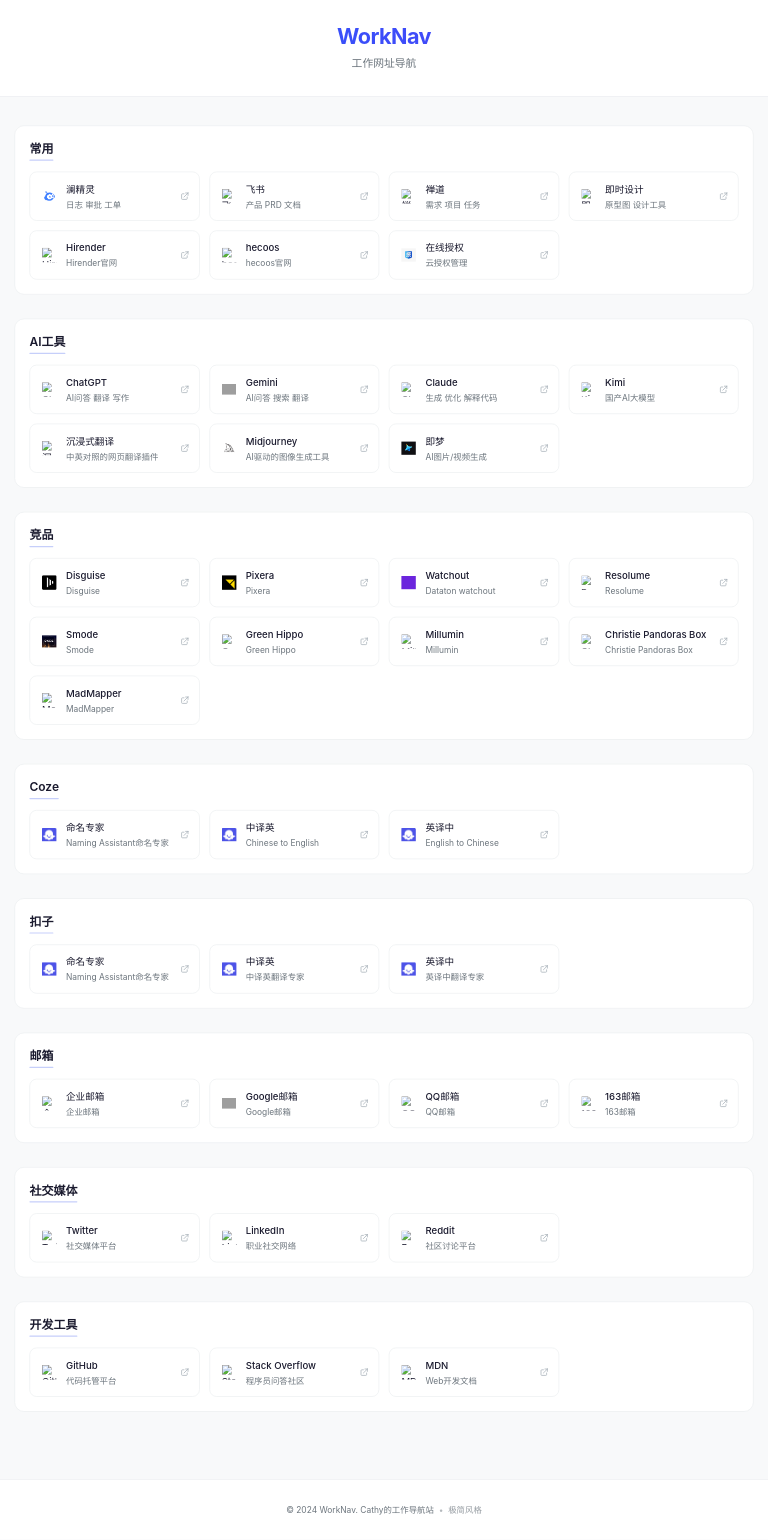
Repository: SweetPomelo0/WorkNav
Page: /
These files come from the project's save history. The page is drawn as it stood at one moment and after the next save; the edit follows.
The browser window is 1280 px wide. The pictures show the whole page, at 60% of full size.
Pictures or frames that could not be fetched are drawn as grey boxes. The project was rebuilt for these pictures with package versions that can differ from the ones it lists, and the page was loaded fresh each time. The framework's server and built-in components were replaced by stand-ins that run in the browser. Also part of the build but not shown: next.config.ts.

Above is the page before, as saved 2025-07-26 19:35:38.

### src/app/layout.tsx
import type { Metadata } from "next";
import { Geist, Geist_Mono } from "next/font/google";
import "./globals.css";

const geistSans = Geist({
  variable: "--font-geist-sans",
  subsets: ["latin"],
});

const geistMono = Geist_Mono({
  variable: "--font-geist-mono",
  subsets: ["latin"],
});

export const metadata: Metadata = {
  title: "WorkNav - 工作网址导航",
  description: "一个简洁的工作网址导航页面",
};

export default function RootLayout({
  children,
}: Readonly<{
  children: React.ReactNode;
}>) {
  return (
    <html lang="en">
      <body
        className={`${geistSans.variable} ${geistMono.variable} antialiased`}
      >
        {children}
      </body>
    </html>
  );
}

### src/app/page.tsx
export default function Home() {
  // 定义导航分类和链接
  const categories = [
    {
      title: "常用",
      links: [
        { name: "澜精灵", url: "https://www.lanerp.com/Admin/index/index.html", desc: "日志 审批 工单", icon: "/img/lanjingling.png" },
        { name: "飞书", url: "https://enlightv.feishu.cn/wiki/D6Z1wOai9iVI4bkVlumcJprDn2e?fromScene=spaceOverview", desc: "产品 PRD 文档", icon: "https://feishu.cn/favicon.ico" },
        { name: "禅道", url: "https://enlightv.zentaopm.com/my/", desc: "需求 项目 任务", icon: "https://enlightv.zentaopm.com/favicon.ico" },
        { name: "即时设计", url: "https://js.design/recent", desc: "原型图 设计工具", icon: "https://img.js.design/assets/webImg/favicon.ico" },
        { name: "Hirender", url: "https://www.hirender.com/#/home", desc: "Hirender官网", icon: "https://www.hirender.com/favicon.ico" },
        { name: "hecoos", url: "https://www.hecoos.com/web/#/home", desc: "hecoos官网", icon: "https://www.hecoos.com/favicon.ico" },
        { name: "在线授权", url: "https://license.enlightv.com/web/", desc: "云授权管理", icon: "data:[embedded picture, 6295 characters]" },
      ]
    },
    {
      title: "AI工具",
      links: [
        { name: "ChatGPT", url: "https://chatgpt.com/", desc: "AI问答 翻译 写作", icon: "https://cdn.oaistatic.com/assets/favicon-180x180-od45eci6.webp" },
        { name: "Gemini", url: "https://gemini.google.com/app", desc: "AI问答 搜索 翻译", icon: "https://www.gstatic.com/lamda/images/gemini_sparkle_4g_512_lt_f94943af3be039176192d.png" },
        { name: "Claude", url: "https://claude.ai/", desc: "生成 优化 解释代码", icon: "https://claude.ai/favicon.ico" },
        { name: "Kimi", url: "https://www.kimi.com/", desc: "国产AI大模型", icon: "https://www.kimi.com/favicon.ico" },
        { name: "沉浸式翻译", url: "https://immersivetranslate.com/zh-Hans/?utm_source=ai-bot.cn", desc: "中英对照的网页翻译插件", icon: "https://immersivetranslate.com/favicon.ico" },
        { name: "Midjourney", url: "https://www.midjourney.com/explore?tab=video_top", desc: "AI驱动的图像生成工具", icon: "/img/mj.png" },
        { name: "即梦", url: "https://jimeng.jianying.com/ai-tool/home", desc: "AI图片/视频生成", icon: "/img/jimeng.png" }

      ]
    },
    {
      title: "竞品",
      links: [
        { name: "Disguise", url: "https://www.disguise.one/en", desc: "Disguise", icon: "/img/disguise.png" },
        { name: "Pixera", url: "https://pixera.one/zh/software/overview/", desc: "Pixera", icon: "/img/pixera.png" },
        { name: "Watchout", url: "https://www.dataton.com/", desc: "Dataton watchout", icon: "/img/watchout.png" },
        { name: "Resolume", url: "https://resolume.com/", desc: "Resolume", icon: "https://resolume.com/images/favicons/apple-touch-icon.png" },
        { name: "Smode", url: "https://www.smode.io/en/", desc: "Smode", icon: "/img/smode.png" },
        { name: "Green Hippo", url: "https://www.green-hippo.com/", desc: "Green Hippo", icon: "https://www.green-hippo.com/wp-content/themes/greenhippo/assets/icons/favicon.ico" },
        { name: "Millumin", url: "https://millumin.com/v5/index.php", desc: "Millumin", icon: "https://www.millumin.com/favicon/apple-icon-180x180.png" },
        { name: "Christie Pandoras Box", url: "https://www.christiedigital.com/products/christie-pandoras-box/", desc: "Christie Pandoras Box", icon: "https://www.christiedigital.com/apple-touch-icon.png" },
        { name: "MadMapper", url: "https://madmapper.com/madmapper/software", desc: "MadMapper", icon: "https://madmapper.com/images/favicon/apple-touch-icon.png" }

      ]
    },
    {
      title: "Coze",
      links: [
        { name: "命名专家", url: "https://www.coze.com/store/agent/7530562770308956161?bot_id=true", desc: "Naming Assistant命名专家", icon: "/img/coze.png" },
        { name: "中译英", url: "https://www.coze.com/store/agent/7530572378075152440?bot_id=true", desc: "Chinese to English", icon: "/img/coze.png" },
        { name: "英译中", url: "https://www.coze.com/store/agent/7530572202144694273?bot_id=true", desc: "English to Chinese", icon: "/img/coze.png" }
      ]
    },
    {
      title: "扣子",
      links: [
        { name: "命名专家", url: "https://www.coze.cn/store/agent/7530571775823577130?bot_id=true", desc: "Naming Assistant命名专家", icon: "/img/coze.png" },
        { name: "中译英", url: "https://www.coze.cn/store/agent/7530581452909035572?bot_id=true", desc: "中译英翻译专家", icon: "/img/coze.png" },
        { name: "英译中", url: "https://www.coze.cn/store/agent/7530581958234193970?bot_id=true", desc: "英译中翻译专家", icon: "/img/coze.png" }
      ]
    },
    {
      title: "邮箱",
      links: [
        { name: "企业邮箱", url: "https://exmail.qq.com/cgi-bin/frame_html?sid=qPUC22bEtIEF7kUt,2&sign_type=&r=586a2a390ca023395a120877ca5870f0", desc: "企业邮箱", icon: "https://exmail.qq.com/favicon.ico" },
        { name: "Google邮箱", url: "https://mail.google.com/mail/u/0/#inbox", desc: "Google邮箱", icon: "https://ssl.gstatic.com/ui/v1/icons/mail/rfr/gmail.ico" },
        { name: "QQ邮箱", url: "https://mail.qq.com/", desc: "QQ邮箱", icon: "https://mail.qq.com/favicon.ico" },
        { name: "163邮箱", url: "https://mail.163.com/", desc: "163邮箱", icon: "https://mail.163.com/favicon.ico" }
      ]
    },
    {
      title: "社交媒体",
      links: [
        { name: "Twitter", url: "https://twitter.com", desc: "社交媒体平台", icon: "https://twitter.com/favicon.ico" },
        { name: "LinkedIn", url: "https://www.linkedin.com", desc: "职业社交网络", icon: "https://www.linkedin.com/favicon.ico" },
        { name: "Reddit", url: "https://www.reddit.com", desc: "社区讨论平台", icon: "https://www.reddit.com/favicon.ico" }
      ]
    },
    {
      title: "开发工具",
      links: [
        { name: "GitHub", url: "https://github.com", desc: "代码托管平台", icon: "https://github.com/favicon.ico" },
        { name: "Stack Overflow", url: "https://stackoverflow.com", desc: "程序员问答社区", icon: "https://stackoverflow.com/favicon.ico" },
        { name: "MDN", url: "https://developer.mozilla.org", desc: "Web开发文档", icon: "https://developer.mozilla.org/favicon.ico" },
      ]
    }

  ];

  return (
    <div className="min-h-screen" style={{ background: 'var(--background)', color: 'var(--text-primary)' }}>
      {/* Header */}
      <header style={{ background: 'var(--header-bg)', borderBottom: '1px solid var(--card-border)' }}>
        <div className="max-w-7xl mx-auto px-6 py-10">
          <div className="text-center">
            <h1 className="text-4xl font-bold mb-3 tracking-tight bg-clip-text text-transparent bg-gradient-to-r from-blue-600 to-indigo-600 dark:from-blue-400 dark:to-indigo-400">WorkNav</h1>
            <p className="text-lg" style={{ color: 'var(--text-secondary)' }}>工作网址导航</p>
          </div>
        </div>
      </header>

      {/* Main Content */}
       <main className="max-w-7xl mx-auto px-6 py-12">
         <div className="space-y-10">
           {categories.map((category, index) => (
             <div
               key={index}
               style={{
                 background: 'var(--card-bg)',
                 borderColor: 'var(--card-border)'
               }}
               className="rounded-2xl border p-6 transition-all duration-300 hover:shadow-lg"
             >
               <h2
                 className="text-xl font-semibold mb-6 relative inline-block"
                 style={{ color: 'var(--text-primary)' }}
               >
                 <span className="relative z-10">{category.title}</span>
                 <span
                  className="absolute bottom-0 left-0 w-full h-0.5 rounded-full opacity-30"
                  style={{ background: 'var(--accent)', transform: 'translateY(6px)' }}
                ></span>
               </h2>
               <div className="grid grid-cols-1 sm:grid-cols-2 lg:grid-cols-3 xl:grid-cols-4 gap-4">
                 {category.links.map((link, linkIndex) => (
                   <a
                     key={linkIndex}
                     href={link.url}
                     target="_blank"
                     rel="noopener noreferrer"
                     style={{
                       borderColor: 'var(--card-border)',
                       background: 'var(--card-bg)'
                     }}
                     className="block p-4 rounded-xl border hover:shadow-md transition-all duration-200 group relative"
                   >

                     <div className="flex items-center justify-between">
                       <div className="flex items-center flex-1">
                         <div className="w-8 h-8 mr-3 flex-shrink-0 flex items-center justify-center">
                           {link.icon ? (
                             <img
                               src={link.icon}
                               alt={`${link.name} icon`}
                               className="w-6 h-6 object-contain"
                             />
                           ) : (
                             <div
                               style={{ background: 'var(--card-hover)' }}
                               className="w-6 h-6 rounded-md flex items-center justify-center"
                             >
                               <span style={{ color: 'var(--text-secondary)' }} className="text-xs font-medium">
                                 {link.name.charAt(0).toUpperCase()}
                               </span>
                             </div>
                           )}
                         </div>
                         <div className="flex-1">
                           <h3
                             style={{ color: 'var(--text-primary)' }}
                             className="font-medium group-hover:text-blue-600 dark:group-hover:text-blue-400 transition-colors"
                           >
                             {link.name}
                           </h3>
                           <p
                             style={{ color: 'var(--text-secondary)' }}
                             className="text-sm mt-1"
                           >
                             {link.desc}
                           </p>
                         </div>
                       </div>
                       <svg
                         className="w-4 h-4 transition-colors ml-3 flex-shrink-0 group-hover:translate-x-1"
                         style={{ color: 'var(--text-tertiary)' }}
                         fill="none"
                         stroke="currentColor"
                         viewBox="0 0 24 24"
                       >
                         <path
                           strokeLinecap="round"
                           strokeLinejoin="round"
                           strokeWidth={2}
                           d="M10 6H6a2 2 0 00-2 2v10a2 2 0 002 2h10a2 2 0 002-2v-4M14 4h6m0 0v6m0-6L10 14"
                         />
                       </svg>
                     </div>
                   </a>
                 ))}
               </div>
             </div>
           ))}
         </div>
       </main>

      {/* Footer */}
      <footer style={{ borderTop: '1px solid var(--card-border)', background: 'var(--footer-bg)' }} className="mt-16">
        <div className="max-w-7xl mx-auto px-6 py-10">
          <div className="text-center">
            <p style={{ color: 'var(--text-secondary)' }} className="text-sm">
              © 2024 WorkNav. Cathy的工作导航站
              <span className="inline-block mx-2 opacity-50">•</span>
              <span className="opacity-70">极简风格</span>
            </p>
          </div>
        </div>
      </footer>
    </div>
  );
}

### src/app/globals.css
@import "tailwindcss";

:root {
  --background: #f8f9fa;
  --foreground: #1a1a2e;
  --card-bg: #ffffff;
  --card-border: #e9ecef;
  --card-hover: #f1f3f5;
  --accent: #4361ee;
  --accent-hover: #3a56d4;
  --text-primary: #1a1a2e;
  --text-secondary: #6c757d;
  --text-tertiary: #adb5bd;
  --header-bg: #ffffff;
  --footer-bg: #ffffff;
}

@theme inline {
  --color-background: var(--background);
  --color-foreground: var(--foreground);
  --font-sans: var(--font-geist-sans);
  --font-mono: var(--font-geist-mono);
}

@media (prefers-color-scheme: dark) {
  :root {
    --background: #121212;
    --foreground: #f8f9fa;
    --card-bg: #1e1e1e;
    --card-border: #2d2d2d;
    --card-hover: #2a2a2a;
    --accent: #4361ee;
    --accent-hover: #5a72f0;
    --text-primary: #f8f9fa;
    --text-secondary: #adb5bd;
    --text-tertiary: #6c757d;
    --header-bg: #1a1a1a;
    --footer-bg: #1a1a1a;
  }
}

body {
  background: var(--background);
  color: var(--foreground);
  font-family: 'Inter', -apple-system, BlinkMacSystemFont, 'Segoe UI', Roboto, Oxygen, Ubuntu, Cantarell, 'Open Sans', 'Helvetica Neue', sans-serif;
}

/* 平滑滚动和过渡效果 */
html {
  scroll-behavior: smooth;
}

* {
  transition: background-color 0.2s ease, border-color 0.2s ease, transform 0.2s ease;
}

/* 自定义滚动条 */
::-webkit-scrollbar {
  width: 8px;
  height: 8px;
}

::-webkit-scrollbar-track {
  background: transparent;
}

::-webkit-scrollbar-thumb {
  background: var(--text-tertiary);
  border-radius: 4px;
}

::-webkit-scrollbar-thumb:hover {
  background: var(--text-secondary);
}

After the next save:
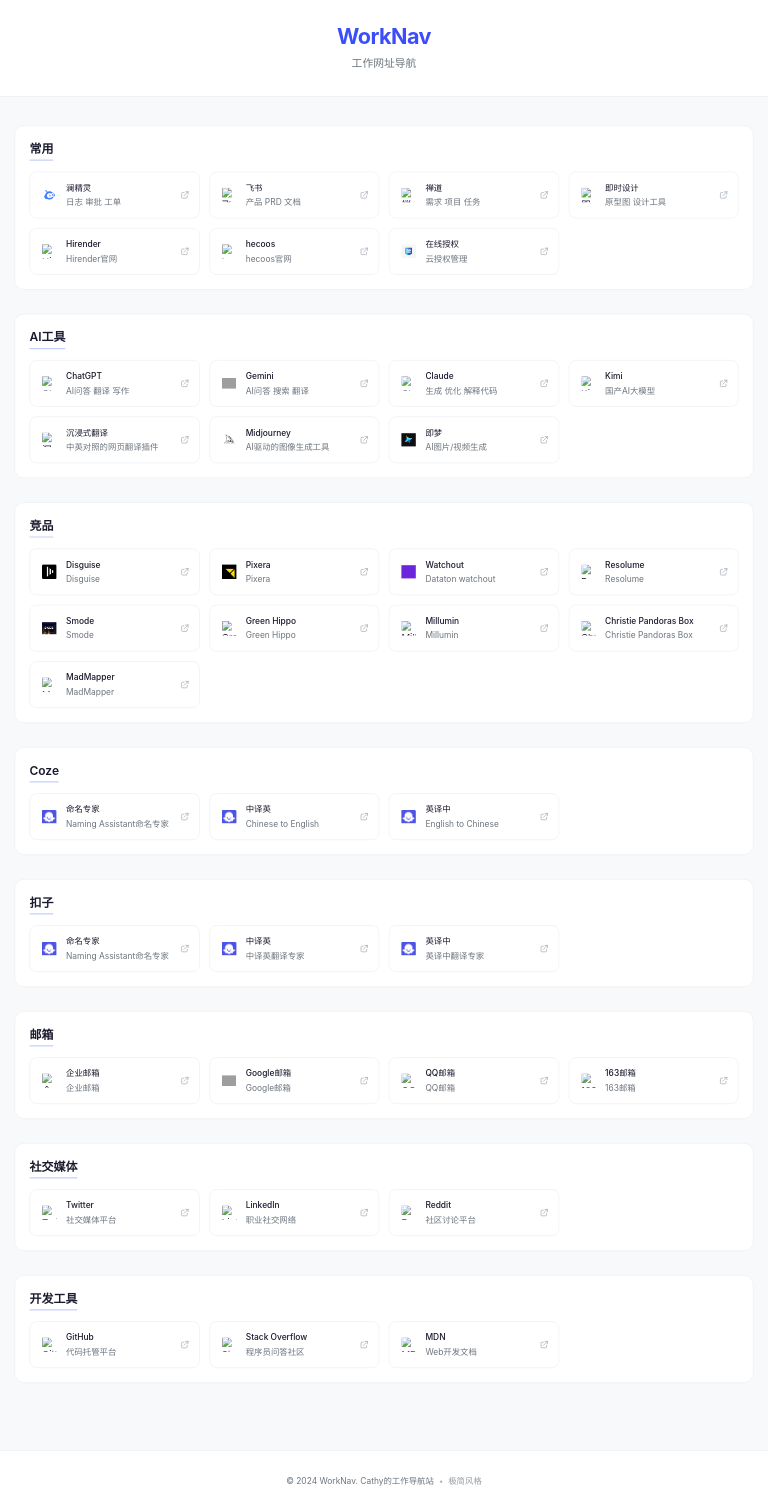
Saved 76 min 4 s later.
--- a/src/app/page.tsx
+++ b/src/app/page.tsx
@@ -156,7 +156,7 @@
                          <div className="flex-1">
                            <h3
                              style={{ color: 'var(--text-primary)' }}
-                             className="font-medium group-hover:text-blue-600 dark:group-hover:text-blue-400 transition-colors"
+                             className="text-sm font-medium group-hover:text-blue-600 dark:group-hover:text-blue-400 transition-colors"
                            >
                              {link.name}
                            </h3>

After the save that followed:
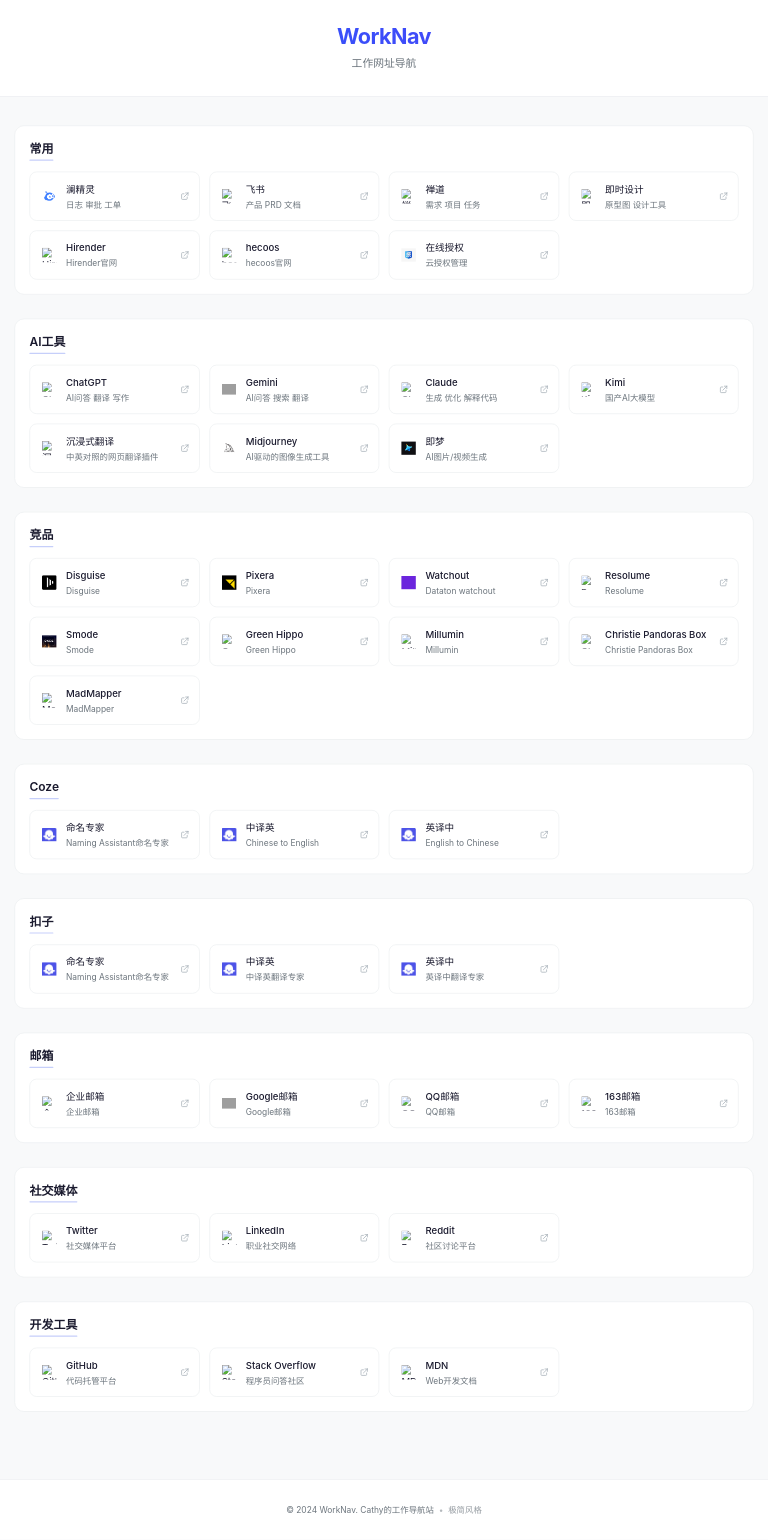
Saved 76 s later.
--- a/src/app/page.tsx
+++ b/src/app/page.tsx
@@ -156,7 +156,7 @@
                          <div className="flex-1">
                            <h3
                              style={{ color: 'var(--text-primary)' }}
-                             className="text-sm font-medium group-hover:text-blue-600 dark:group-hover:text-blue-400 transition-colors"
+                             className="font-medium group-hover:text-blue-600 dark:group-hover:text-blue-400 transition-colors"
                            >
                              {link.name}
                            </h3>
